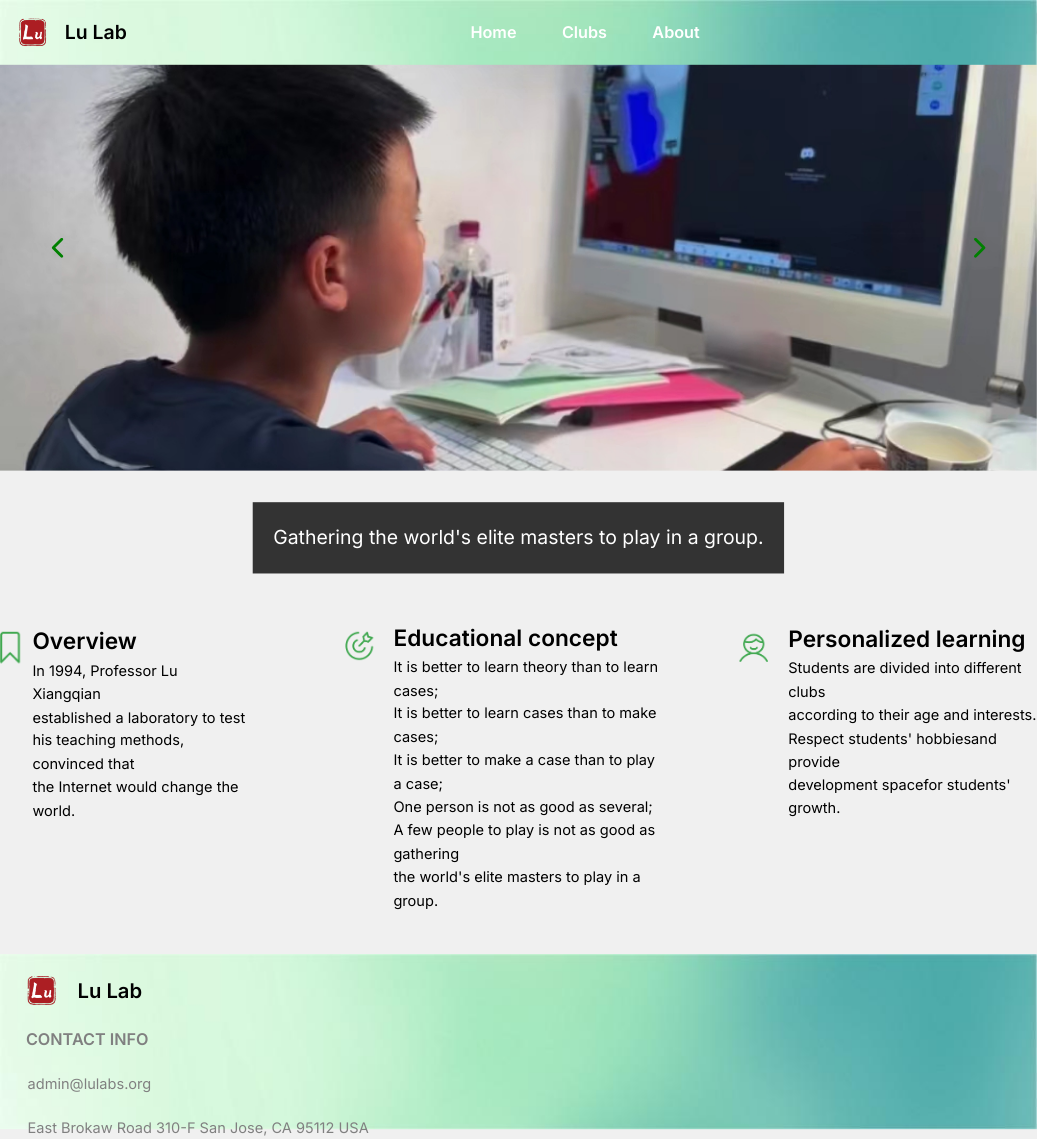
Repository: proflulab/lulab_website_next_js
Page: /
An editor plug-in stored every save of this project. The page is shown before and after the next save, followed by the edit.
The browser window is 1280 px wide. The pictures show the whole page, at 81% of full size.
The project was rebuilt for these pictures with package versions that can differ from the ones it lists, and the page was loaded fresh each time. The framework's server and built-in components were replaced by stand-ins that run in the browser. Also part of the build but not shown: next.config.js, next.config.mjs.

Above is the page before, as saved 2023-12-27 21:11:56.

### app/layout.tsx
import type { Metadata } from "next";
import { Inter } from "next/font/google";
import "./globals.css";

const inter = Inter({ subsets: ["latin"] });

export const metadata: Metadata = {
  title: "Lu Lab",
  description: "Lu Lab",
};

export default function RootLayout({
  children,
}: {
  children: React.ReactNode;
}) {
  return (
    <html lang="en">
      <body className={inter.className}>{children}</body>
    </html>
  );
}

### app/page.tsx
"use client";
import "./globals.css"; // 引入全局 CSS 文件

import React, { useState, useEffect, useRef } from "react";
import { FontAwesomeIcon } from "@fortawesome/react-fontawesome";
import {
  faChevronLeft,
  faChevronRight,
} from "@fortawesome/free-solid-svg-icons";
import Image from "next/image";

import Navbar from "./title/page";
import End from "./title/end";

// export default Navbar;

const Home: React.FC = () => {
  const [images, setImages] = useState<string[]>([]);
  const [currentImageIndex, setCurrentImageIndex] = useState<number>(0);

  useEffect(() => {
    const imageUrls = ["image3.jpg", "xueyuan.jpg", "image1.jpg"];
    setImages(imageUrls);
  }, []);

  useEffect(() => {
    const interval = setInterval(() => {
      setCurrentImageIndex((prevIndex) =>
        prevIndex === images.length - 1 ? 0 : prevIndex + 1
      );
    }, 5000);

    return () => clearInterval(interval);
  }, [images]);

  const showNextImage = () => {
    setCurrentImageIndex((prevIndex) =>
      prevIndex === images.length - 1 ? 0 : prevIndex + 1
    );
  };

  const showPreviousImage = () => {
    setCurrentImageIndex((prevIndex) =>
      prevIndex === 0 ? images.length - 1 : prevIndex - 1
    );
  };
  const [windowWidth, setWindowWidth] = useState<number>(0);

  const [isMobile, setIsMobile] = useState<boolean>(false);

  useEffect(() => {
    const handleResize = () => {
      const width = window.innerWidth;
      setIsMobile(width <= 768);
    };

    handleResize(); // 初始化时调用一次，设置初始的 isMobile 值

    window.addEventListener("resize", handleResize);

    return () => {
      window.removeEventListener("resize", handleResize);
    };
  }, []); // 空数组作为依赖，确保只在组件挂载时执行一次

  return (
    <>
      <Navbar />
      <div
        style={{
          display: "flex",
          flexDirection: "column",
          alignItems: "center",
        }}
      >
        <div
          style={{
            position: "relative",
            width: "100%",
            height: "85vh",
            maxWidth: "100%",
            maxHeight: "85vh",
          }}
        >
          {images.length > 0 && (
            // eslint-disable-next-line @next/next/no-img-element
            <img
              src={images[currentImageIndex]}
              alt={`Image ${currentImageIndex + 1}`}
              style={{
                width: "100%",
                height: "95%",
                objectFit: "cover",
                ...(isMobile
                  ? {
                      height: "75vh",
                      width: "100%",
                      objectFit: "cover",
                    }
                  : {}),
              }}
            />
          )}
          <div
            style={{
              position: "absolute",
              top: "50%",
              transform: "translateY(-50%)",
              left: "5%",
              right: "5%",
              display: "flex",
              justifyContent: "space-between",
            }}
          >
            <button
              onClick={showPreviousImage}
              style={{ color: "green", fontWeight: "bold", fontSize: "28px" }}
            >
              <FontAwesomeIcon icon={faChevronLeft} />
            </button>
            <button
              onClick={showNextImage}
              style={{ color: "green", fontWeight: "bold", fontSize: "28px" }}
            >
              <FontAwesomeIcon icon={faChevronRight} />
            </button>
          </div>
        </div>

        <div
          style={{
            position: "absolute",
            top: isMobile ? "400px" : "620px",
            justifyContent: "space-between",

            backgroundColor: "#333333",
            color: "#fff",
            padding: "25px",
            zIndex: 1,
            width: isMobile ? "80%" : "auto", // 根据屏幕大小更新宽度
          }}
        >
          <p style={{ fontSize: isMobile ? "20px" : "24px" }}>
            Gathering the world&apos;s elite masters to play in a group.
          </p>
        </div>

        <div
          style={{
            fontWeight: "bold",
            fontSize: "45px",
            color: "#000000",
            textAlign: "center",
            marginTop: "40px",
            marginBottom: "40px",
          }}
        >
          Welcome to Lu Lab
        </div>
        {isMobile && (
          <>
            <div
              style={{
                marginBottom: "20px",
                display: "flex",
                alignItems: "flex-start",
              }}
            >
              <Image
                src="/Overview.png"
                alt=""
                width={25}
                height={35}
                style={{ marginLeft: "-30px" }}
              />
              <div style={{ marginLeft: "15px" }}>
                <p
                  style={{
                    fontSize: "28px",
                    fontWeight: "600",
                    marginBottom: "5px",
                    marginTop: "-5px",
                  }}
                >
                  Overview
                </p>
                <p
                  style={{
                    fontSize: "18px",
                    fontWeight: "400",
                    lineHeight: "1.5",
                  }}
                >
                  In 1994, Professor Lu Xiangqian
                  <br /> established a laboratory to test
                  <br />
                  his teaching methods, convinced that
                  <br /> the Internet would change the world. <br />
                </p>
              </div>
            </div>

            <div
              style={{
                marginBottom: "20px",
                display: "flex",
                alignItems: "flex-start",
              }}
            >
              <Image
                src="/Edu.png"
                alt=""
                width={35}
                height={35}
                style={{ marginLeft: "35px" }}
              />
              <div style={{ marginLeft: "15px" }}>
                <p
                  style={{
                    fontSize: "28px",
                    fontWeight: "600",
                    marginBottom: "5px",
                    marginTop: "-5px",
                  }}
                >
                  Educational concept
                </p>
                <p
                  style={{
                    fontSize: "18px",
                    fontWeight: "400",
                    lineHeight: "1.5",
                  }}
                >
                  It is better to learn theory than to learn cases;
                  <br />
                  It is better to learn cases than to make cases;
                  <br />
                  It is better to make a case than to play a case;
                  <br />
                  One person is not as good as several;
                  <br />
                  A few people to play is not as good as gathering
                  <br />
                  the world&apos;s elite masters to play in a group.
                </p>
              </div>
            </div>

            <div
              style={{
                marginBottom: "20px",
                display: "flex",
                alignItems: "flex-start",
              }}
            >
              <Image
                src="/Person.png"
                alt=""
                width={35}
                height={35}
                style={{ marginLeft: "-15px" }}
              />
              <div style={{ marginLeft: "15px" }}>
                <p
                  style={{
                    fontSize: "28px",
                    fontWeight: "600",
                    marginBottom: "5px",
                    marginTop: "-5px",
                  }}
                >
                  Personalized learning
                </p>
                <p
                  style={{
                    fontSize: "18px",
                    fontWeight: "400",
                    lineHeight: "1.5",
                  }}
                >
                  Students are divided into different clubs
                  <br />
                  according to their age and interests.
                  <br />
                  Respect students&apos; hobbies and provide
                  <br />
                  development space for students&apos; growth.
                </p>
              </div>
            </div>
          </>
        )}

        {!isMobile && (
          <div
            style={{
              display: "flex",
              justifyContent: "left",
              marginTop: "20px",
            }}
          >
            <div style={{ flex: "1", marginRight: "120px" }}>
              <Image src="/Overview.png" alt="" width={25} height={35} />
              <div style={{ marginLeft: "40px" }}>
                <p
                  style={{
                    color: "black",
                    fontSize: "28px",
                    fontWeight: "600",
                    marginTop: "-50px",
                    textAlign: "left",
                  }}
                >
                  Overview
                </p>
                <p
                  style={{
                    color: "black",
                    fontSize: "18px",
                    fontWeight: "400",
                    textAlign: "left",
                  }}
                >
                  In 1994, Professor Lu Xiangqian
                  <br /> established a laboratory to test
                  <br />
                  his teaching methods, convinced that
                  <br /> the Internet would change the world. <br />
                </p>
              </div>
            </div>
            <div style={{ flex: "1.3", marginRight: "90px" }}>
              {" "}
              {/* 将 Edu 部分的 flex 值调整为 1.5 */}
              <Image src="/Edu.png" alt="" width={35} height={35} />
              <div style={{ marginLeft: "60px" }}>
                <p
                  style={{
                    color: "black",
                    fontSize: "28px",
                    fontWeight: "600",
                    marginTop: "-50px",
                    textAlign: "left",
                  }}
                >
                  Educational concept
                </p>
                <p
                  style={{
                    color: "black",
                    fontSize: "18px",
                    fontWeight: "400",
                    textAlign: "left",
                  }}
                >
                  It is better to learn theory than to learn cases;
                  <br /> It is better to learn cases than to make cases;
                  <br /> It is better to make a case than to play a case;
                  <br /> One person is not as good as several;
                  <br /> A few people to play is not as good as gathering
                  <br /> the world&apos;s elite masters to play in a group.
                </p>
              </div>
            </div>
            <div style={{ flex: "1.2", marginLeft: "0px" }}>
              <Image src="/Person.png" alt="" width={35} height={35} />
              <div style={{ marginLeft: "60px" }}>
                <p
                  style={{
                    color: "black",
                    fontSize: "28px",
                    fontWeight: "600",
                    marginTop: "-50px",
                    textAlign: "left",
                  }}
                >
                  Personalized learning
                </p>
                <p
                  style={{
                    color: "black",
                    fontSize: "18px",
                    fontWeight: "400",
                    textAlign: "left",
                  }}
                >
                  Students are divided into different clubs
                  <br /> according to their age and interests.
                  <br /> Respect students&apos; hobbiesand provide
                  <br /> development spacefor students&apos; growth.
                </p>
              </div>
            </div>
          </div>
        )}

        <hr
          style={{
            marginBottom: "50px",
          }}
        />
        <End />
      </div>
    </>
  );
};

export default Home;

### app/globals.css
@tailwind base;
@tailwind components;
@tailwind utilities;
/* 全局样式 */
body {
  font-family: Arial, sans-serif;
  margin: 0;
  padding: 0;
  background-color: #f0f0f0;
  color: #333;
}

h1 {
  font-size: 2em;
  margin-bottom: 20px;
}

p {
  font-size: 16px;
  line-height: 1.5;
}

/* 媒体查询 */
/* 在小屏幕上应用的样式 */
/* globals.css 或者其他全局CSS文件 */
/* 在文件中添加媒体查询样式 */

/* 较小屏幕尺寸下调整内容位置 */
@media (max-width: 768px) {
  .additional-content {
    top: 550px; /* 调整顶部位置 */
    padding: 15px; /* 调整内边距 */
  }
}

/* 更小屏幕尺寸下调整内容位置 */
@media (max-width: 480px) {
  .additional-content {
    top: 500px; /* 更进一步调整顶部位置 */
    padding: 10px; /* 更进一步调整内边距 */
  }
}

/* 更多媒体查询和样式 */

@media (max-width: 768px) {
  body {
    font-size: 14px;
  }

  h1 {
    font-size: 1.5em;
    margin-bottom: 15px;
  }

  p {
    font-size: 14px;
    line-height: 1.4;
  }
}

/* 在更小的屏幕上应用的样式 */
@media (max-width: 480px) {
  body {
    font-size: 12px;
  }

  h1 {
    font-size: 1.2em;
    margin-bottom: 10px;
  }

  p {
    font-size: 12px;
    line-height: 1.3;
  }
}

/* 在大屏幕上应用的样式 */
@media (min-width: 1200px) {
  body {
    font-size: 18px;
  }

  h1 {
    font-size: 2.5em;
    margin-bottom: 25px;
  }

  p {
    font-size: 18px;
    line-height: 1.6;
  }
}

/* 更多自定义样式和媒体查询可以按需添加 */

### app/title/end.tsx
"use client";
import Link from "next/link";
import { useState, useEffect, useRef } from "react";
import Image from "next/image";
const End: React.FC = () => {
  return (
    <div style={{ position: "relative" }}>
      <Image src="/title.jpg" alt="" height="230" width="1700" />
      <div
        style={{
          position: "absolute",
          top: "20px",
          left: "2%",
          display: "flex",
          alignItems: "center",
        }}
      >
        <Image src="/logo.png" alt="" height="50" width="50" />
        <p
          style={{
            color: "black",
            fontSize: "25px",
            fontWeight: "600",
            marginLeft: "20px",
          }}
        >
          Lu Lab
        </p>
      </div>
      <div
        style={{
          position: "absolute",
          top: "90px",
          left: "2.5%",
          textAlign: "left",
        }}
      >
        <div
          style={{
            color: "grey",
            fontSize: "20px",
            fontWeight: "600",
          }}
        >
          CONTACT INFO
        </div>
        <div
          style={{
            color: "grey",
            fontSize: "18px",
            fontWeight: "400",
            marginLeft: "2px",
            textAlign: "left",
          }}
        >
          <br />
          admin@lulabs.org
          <br />
          <br />
          East Brokaw Road 310-F San Jose, CA 95112 USA <br />
        </div>
      </div>
    </div>
  );
};
export default End;

Loaded but not shown: tailwind.config.ts (common file); app/title/page.tsx (272 lines, source omitted)

After the next save:
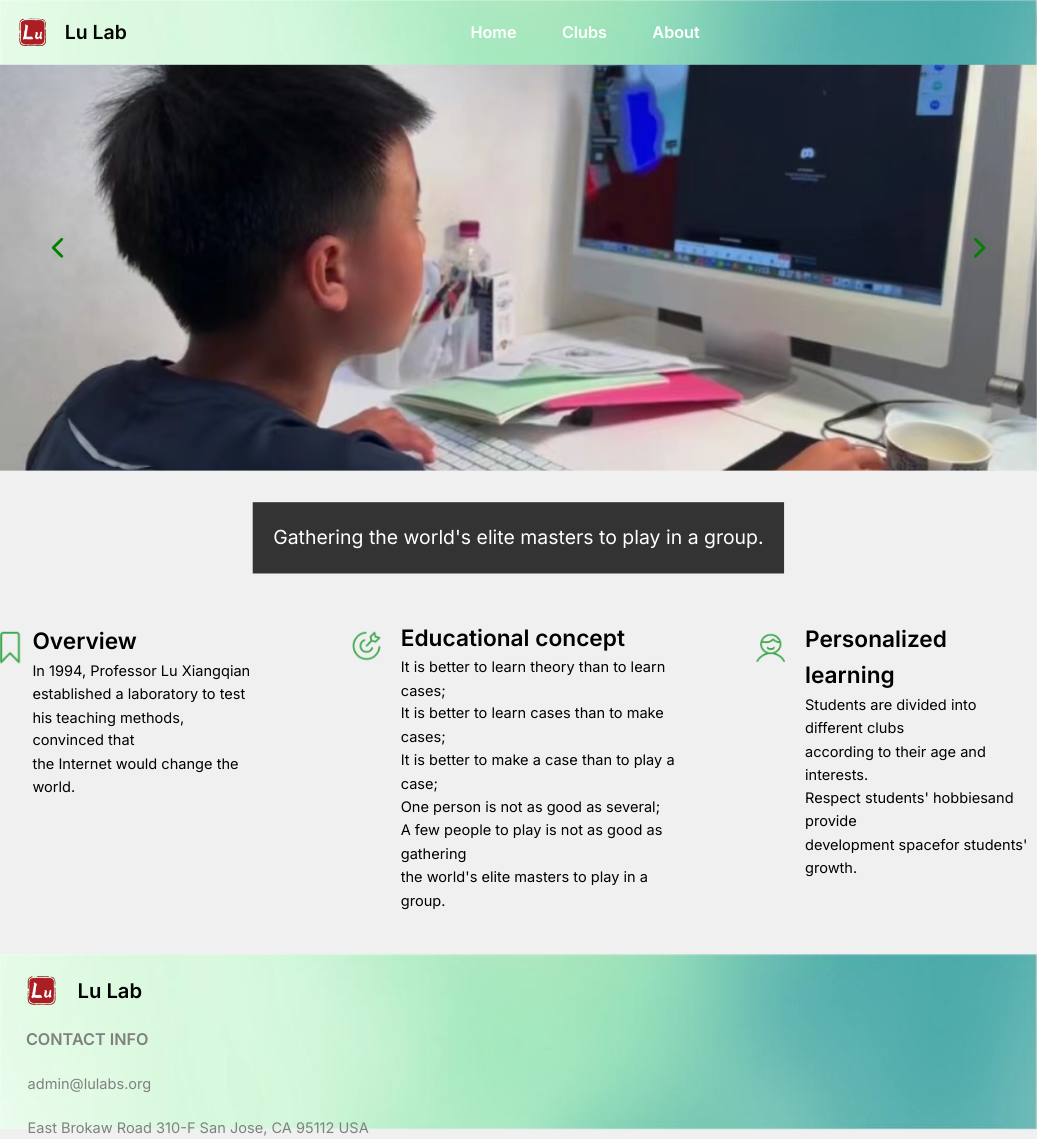
Saved 9 s later.
--- a/app/page.tsx
+++ b/app/page.tsx
@@ -363,7 +363,7 @@ const Home: React.FC = () => {
                 </p>
               </div>
             </div>
-            <div style={{ flex: "1.2", marginLeft: "0px" }}>
+            <div style={{ flex: "1.1", marginLeft: "0px" }}>
               <Image src="/Person.png" alt="" width={35} height={35} />
               <div style={{ marginLeft: "60px" }}>
                 <p
